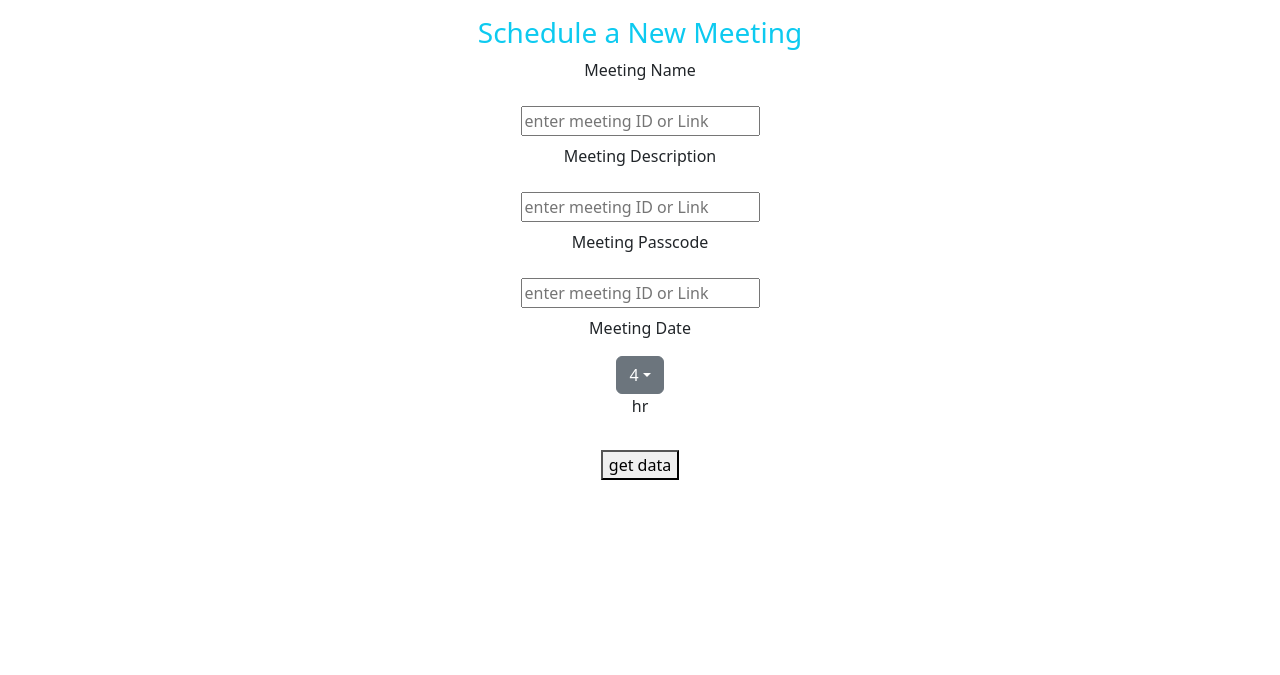
Repository: sreech465/myexam
Page: /smeet
These files come from the project's save history. The page is drawn as it stood at one moment and after the next save; the edit follows.
The browser window is 1280 px wide. The pictures show the whole page.
The project was rebuilt for these pictures with package versions that can differ from the ones it lists, and the page was loaded fresh each time. Also part of the build but not shown: src/Details.js, src/Jmeet.js, src/Joinmeet.js.

Above is the page before, as saved 2023-01-14 16:38:23.

After the next save:
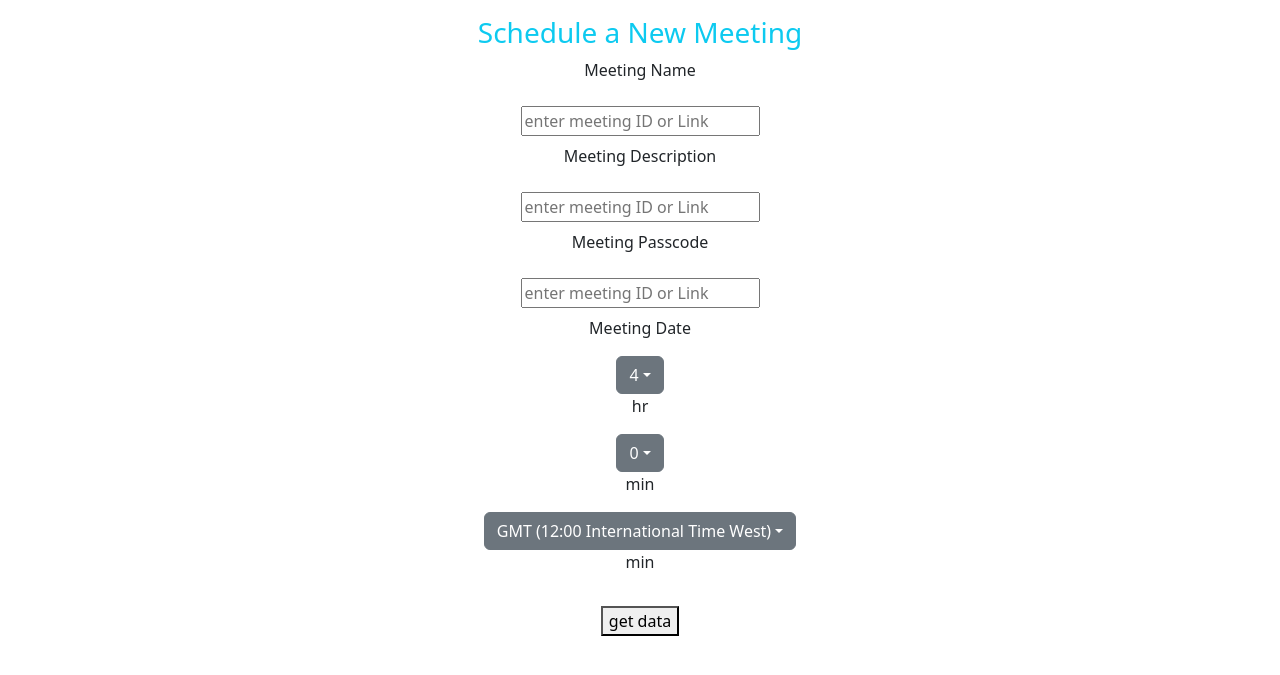
Saved 2 min 27 s later.
--- a/src/Smeet.js
+++ b/src/Smeet.js
@@ -87,6 +87,54 @@ const Smeet = () => {
             </a>
           </div>
         </div>
+        <div class="dropdown">
+          <button
+            class="btn btn-secondary dropdown-toggle"
+            type="button"
+            id="dropdownMenuButton"
+            data-toggle="dropdown"
+            aria-haspopup="true"
+            aria-expanded="false"
+          >
+            0
+          </button>
+          <p>min</p>
+          <div class="dropdown-menu" aria-labelledby="dropdownMenuButton">
+            <a class="dropdown-item" href="#">
+              1
+            </a>
+            <a class="dropdown-item" href="#">
+              2
+            </a>
+            <a class="dropdown-item" href="#">
+              3
+            </a>
+          </div>
+        </div>
+        <div class="dropdown">
+          <button
+            class="btn btn-secondary dropdown-toggle"
+            type="button"
+            id="dropdownMenuButton"
+            data-toggle="dropdown"
+            aria-haspopup="true"
+            aria-expanded="false"
+          >
+            GMT (12:00 International Time West)
+          </button>
+          <p>min</p>
+          <div class="dropdown-menu" aria-labelledby="dropdownMenuButton">
+            <a class="dropdown-item" href="#">
+              1
+            </a>
+            <a class="dropdown-item" href="#">
+              2
+            </a>
+            <a class="dropdown-item" href="#">
+              3
+            </a>
+          </div>
+        </div>
       </form>
       <button onClick={handleClick}>get data</button>
     </div>
